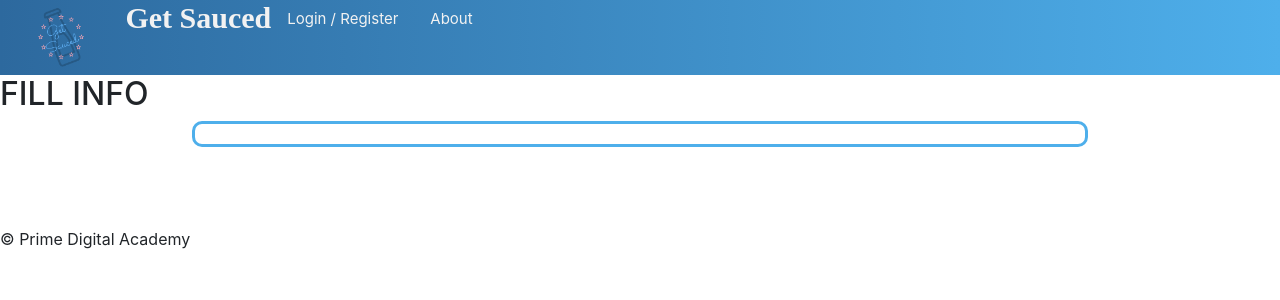
Repository: cossalter18/getSauced
Page: /#/about
These files come from the project's save history. The page is drawn as it stood at one moment and after a run of saves; the edit follows.
The browser window is 1280 px wide. The pictures show the whole page.
The page's requests for data from a server got no answer. The project was rebuilt for these pictures with package versions that can differ from the ones it lists, and the page was loaded fresh each time. No one was signed in, and anything a server would have sent is missing. Also part of the build but not shown: src/components/LogOutButton/LogOutButton.js, src/components/LoginPage/LoginPage.js, src/components/RegisterPage/RegisterPage.js, src/components/ProtectedRoute/ProtectedRoute.js, src/components/UserPage/UserPage.js, src/components/BlogPost/BlogPost.js, src/components/NewPost/NewPost.css, src/components/NewPost/NewPost.js and 8 more.

Above is the page before, as saved 2020-06-03 10:03:13.

After the next 3 saves:
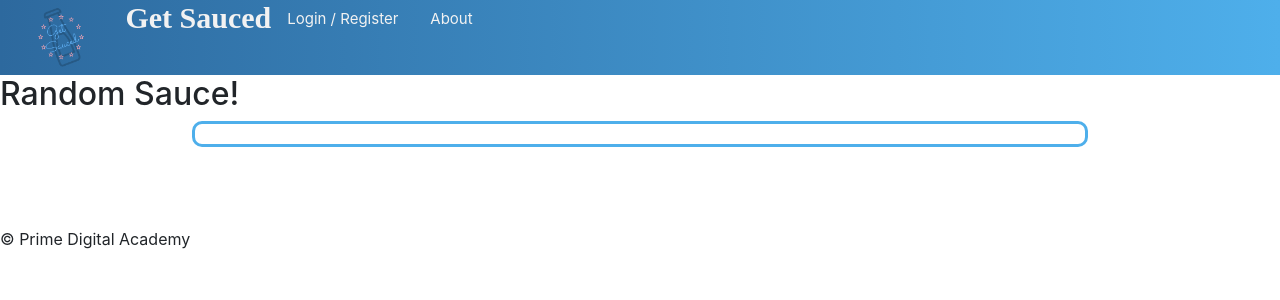
The 3 saves are shown as one change because they came seconds apart.
The last was saved 28 s later.
--- a/src/components/AboutPage/AboutPage.js
+++ b/src/components/AboutPage/AboutPage.js
@@ -17,7 +17,7 @@ class AboutPage extends Component {
     return (
       <div>
         {/* <p>{JSON.stringify(this.props.reduxState.randomReducer)}</p> */}
-        <h2>FILL INFO</h2>
+        <h2>Random Sauce!</h2>
         <div className="randomContainer">
         {this.props.reduxState.randomReducer.map((item) => {
           return (
